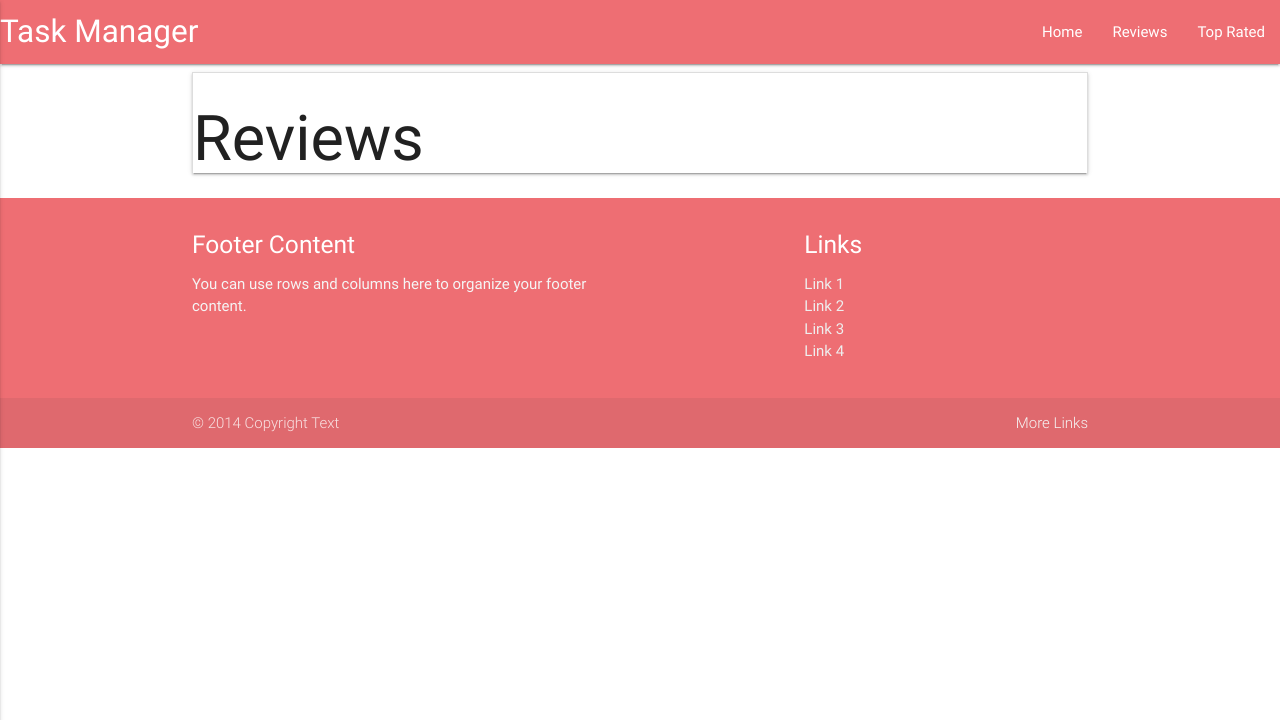
Repository: johnny-don/a-novel-idea
Page: http://localhost/
The author's editor kept a record of every edit. The page is drawn from the files as they stood at one moment, then again after the next edit.
The browser window is 1280 px wide. The pictures show the whole page.
Some web libraries are served in a nearby version. The page is served by the project's application, run on Flask 3 (app.py). Queries for data that is not in the repository find no rows.

Above is the page before.

After the next edit:
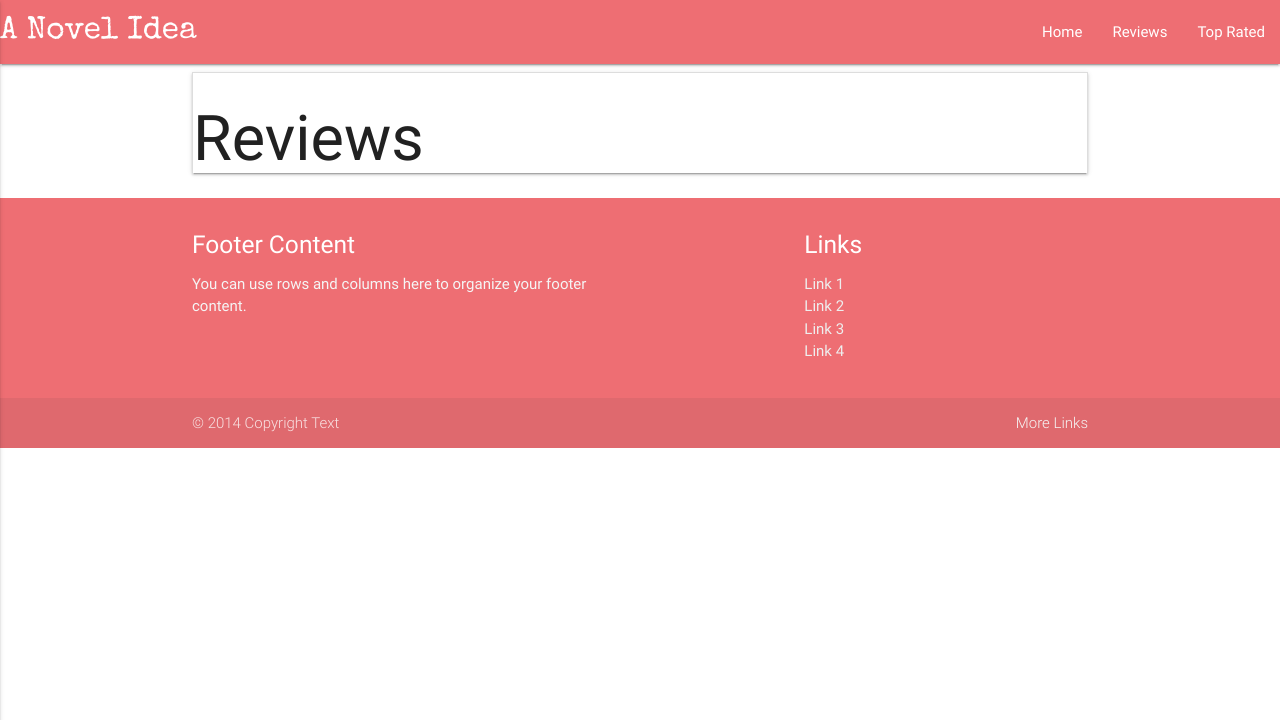
The edit:
--- a/templates/base.html
+++ b/templates/base.html
@@ -17,7 +17,7 @@
       <header>
         <nav>
             <div class="nav-wrapper">
-                <a href="{{url_for('add_review')}}" class="brand-logo">Task Manager</a>
+                <a href="{{url_for('add_review')}}" class=" brand brand-logo">A Novel Idea</a>
                 <a href="#" data-activates="mobile-demo" class="button-collapse"><i class="material-icons">menu</i></a>
                 <ul id="nav-mobile" class="right hide-on-med-and-down">
                     <li><a href="{{url_for('add_review')}}">Home</a></li>
